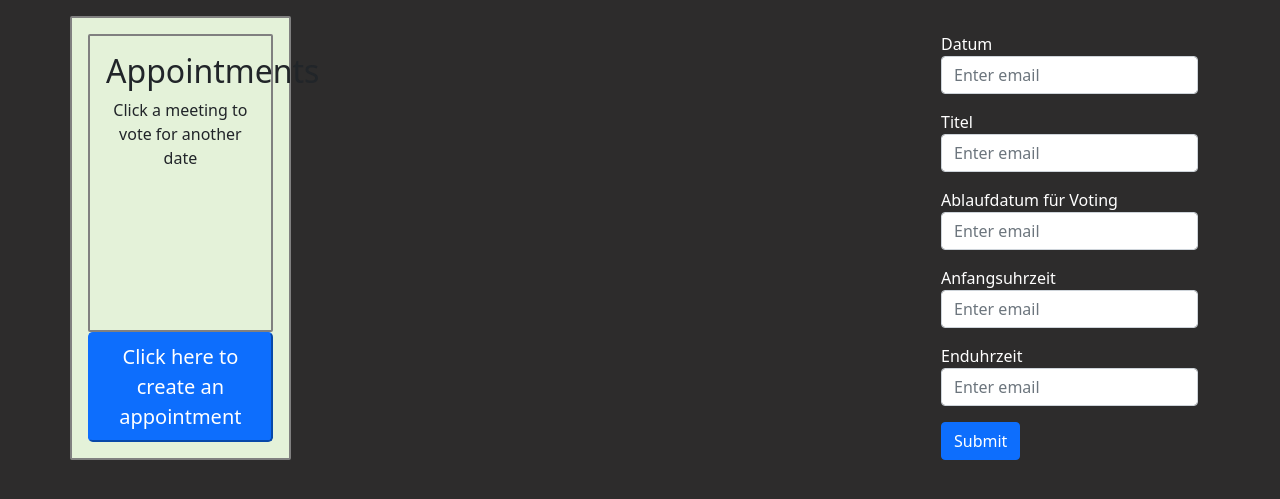
Repository: wlichon/Semesterprojekt
Page: index.html
An editor plug-in stored every save of this project. The page is shown before and after the next save, followed by the edit.
The browser window is 1280 px wide. The pictures show the whole page.
The page's requests for data from a server got no answer. Some web libraries are served in a nearby version.

Above is the page before, as saved 2022-04-22 20:47:41.

After the next save:
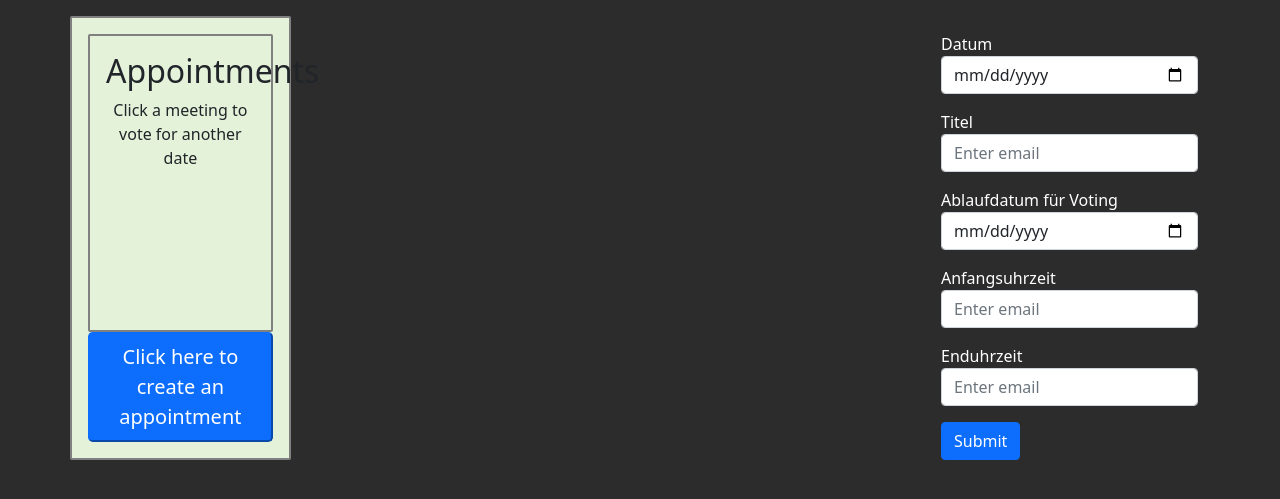
Saved 41 s later.
--- a/index.html
+++ b/index.html
@@ -83,15 +83,15 @@
             <!-- Appointment ($date,$title,$votingExpirationDate,$begin,$end,$optionIDs)3222 -->
             <div class="form-group">
               <label for="exampleInputEmail1" class ="text-white mt-3">Datum</label>
-              <input type="email" class="form-control" id="exampleInputEmail1" aria-describedby="emailHelp" placeholder="Enter email">
+              <input type="date" class="form-control" id="exampleInputEmail1" aria-describedby="emailHelp" placeholder="Enter email">
             </div>
             <div class="form-group">
                 <label for="exampleInputEmail1" class ="text-white mt-3">Titel</label>
-                <input type="email" class="form-control" id="exampleInputEmail1" aria-describedby="emailHelp" placeholder="Enter email">
+                <input type="text" class="form-control" id="exampleInputEmail1" aria-describedby="emailHelp" placeholder="Enter email">
             </div>
               <div class="form-group">
                 <label for="exampleInputEmail1" class ="text-white mt-3">Ablaufdatum für Voting</label>
-                <input type="email" class="form-control" id="exampleInputEmail1" aria-describedby="emailHelp" placeholder="Enter email">
+                <input type="date" class="form-control" id="exampleInputEmail1" aria-describedby="emailHelp" placeholder="Enter email">
             </div>
               <div class="form-group">
                 <label for="exampleInputEmail1" class ="text-white mt-3">Anfangsuhrzeit</label>
